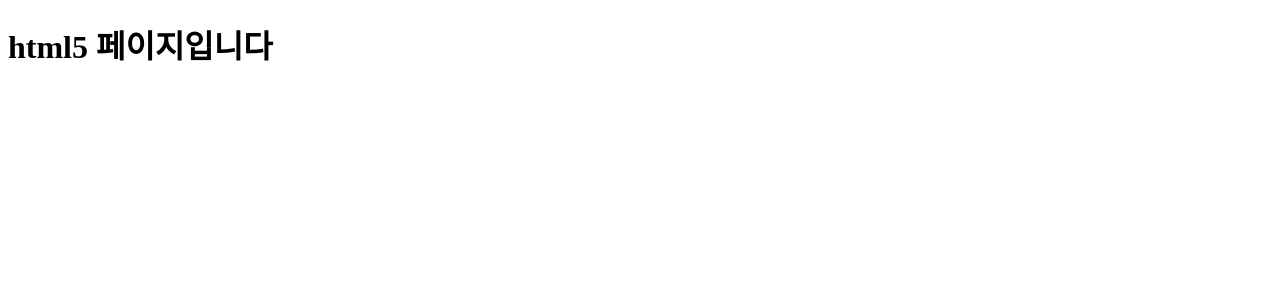
Repository: Lee-seongBeom/bitclass
Page: html08/WebContent/ex01.html
These files come from the project's save history. The page is drawn as it stood at one moment and after the next save; the edit follows.
The browser window is 1280 px wide. The pictures show the whole page.

Above is the page before, as saved 2020-07-17 02:51:47.

### html08/WebContent/ex01.html
<!DOCTYPE html>
<html>
<head>
<meta charset="UTF-8">
<title>Insert title here</title>
</head>

<body>
	<h1>html5 페이지입니다</h1>
</body>

</html>

After the next save:
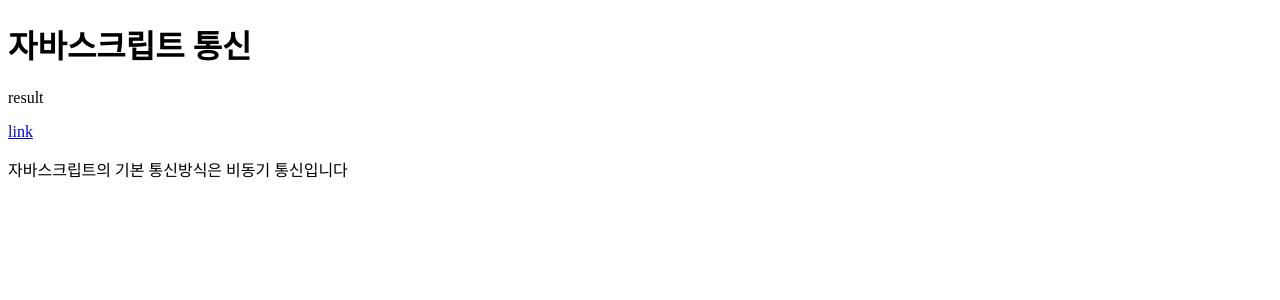
Saved 98 s later.
--- a/html08/WebContent/ex01.html
+++ b/html08/WebContent/ex01.html
@@ -1,12 +1,31 @@
 <!DOCTYPE html>
 <html>
 <head>
-<meta charset="UTF-8">
+<meta http-equiv="Content-Type" content="text/html; charset=UTF-8">
 <title>Insert title here</title>
+<style rel="stylesheet" type="text/css">
+	h1+p{
+		cursor:pointer;
+	}
+
+</style>
+
+<script type="text/javascript">
+	window.onload=function(){
+		var result=document.querySelector("h1+p");
+		result.onclick=function(){
+			window.location.href='ex01.html';
+		};
+	};
+
+</script>
 </head>
+<body>
+	<h1>자바스크립트 통신</h1>
+	<p>result</p>
+	<p><a href="ex01.html">link</a></p>
+	<p>자바스크립트의 기본 통신방식은 비동기 통신입니다</p>
 
-<body>
-	<h1>html5 페이지입니다</h1>
 </body>
 
 </html>
